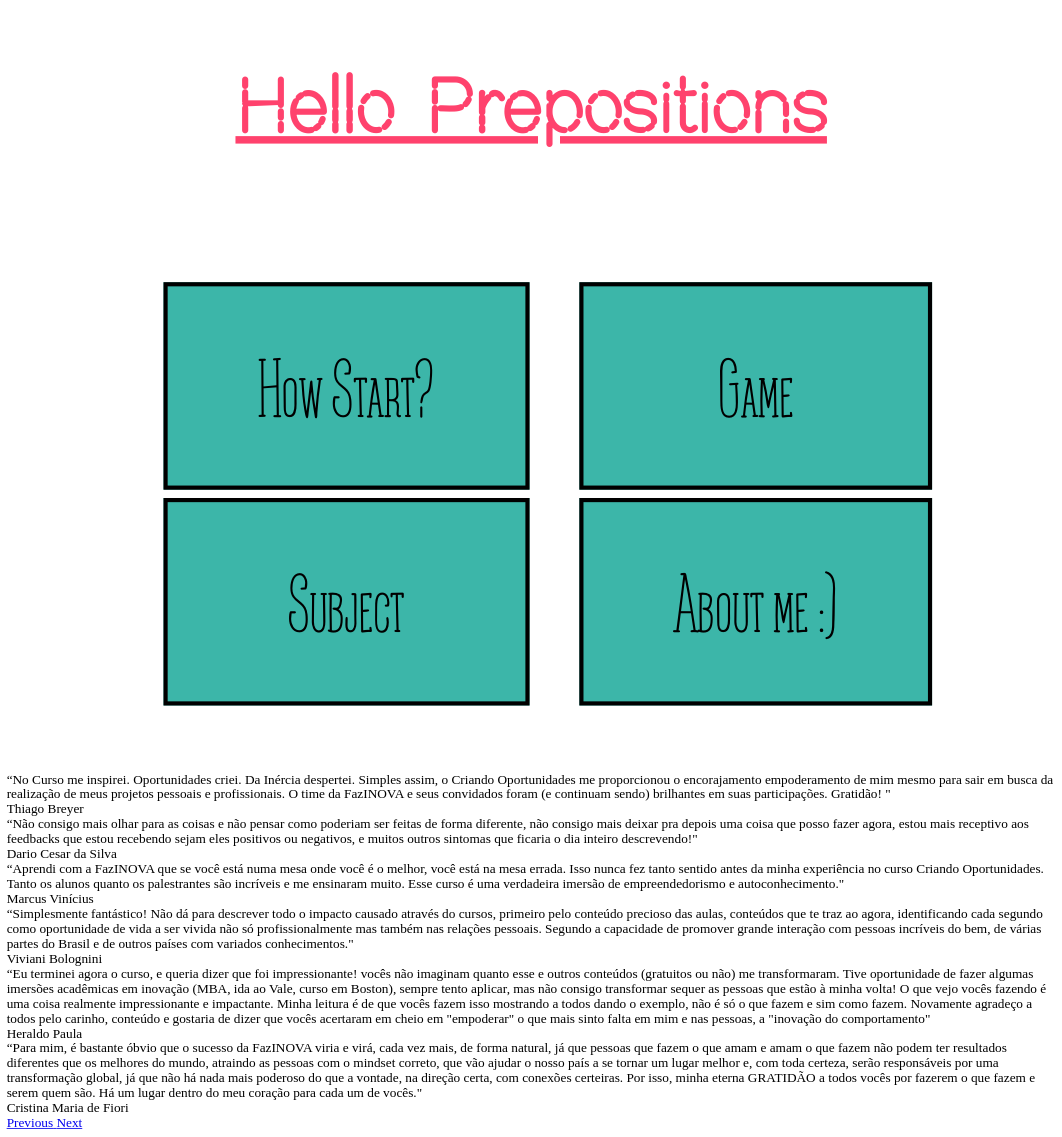
Repository: maraoli/Hello-Prepositions
Page: index.html
The author's editor kept a record of every edit. The page is drawn from the files as they stood at one moment, then again after the next edit.
The browser window is 1280 px wide. The pictures show the whole page, at 83% of full size.

Above is the page before.
Console error: ReferenceError: $ is not defined

### index.html
<!DOCTYPE html>
<html>
<head>
    <link rel="stylesheet" type = "text/css" href="style.css"/>
    <script type="text/javascript" src="script.js"></script>
</head>
<body>
    <h1>Hello Prepositions</h1>
    <nav>
        <div id="esquerda">
        <ul>
            <li class="direita">How Start?</li>
            <li>Subject</li>
        </ul>
        </div>
        <div id="direita">
        <ul>
            <li>Game</li>
            <li>About me :)</li>
        </ul>
        </div>
    </nav>

    <div id="carousel-example-generic" class="carousel slide" data-ride="carousel">

        <div class="carousel-inner" role="listbox">
          <div class="item">
            <div class="body">“No Curso me inspirei. Oportunidades criei. Da Inércia despertei. Simples assim, o Criando Oportunidades me proporcionou o encorajamento empoderamento de mim mesmo para sair em busca da realização de meus projetos pessoais e profissionais.  O time da FazINOVA e seus convidados foram (e continuam sendo) brilhantes em suas participações. Gratidão! "</div>
            <div class="name">Thiago Breyer</div>
          </div>
          <div class="item">
            <div class="body">“Não consigo mais olhar para as coisas e não pensar como poderiam ser feitas de forma diferente, não consigo mais deixar pra depois uma coisa que posso fazer agora, estou mais receptivo aos feedbacks que estou recebendo sejam eles positivos ou negativos, e muitos outros sintomas que ficaria o dia inteiro descrevendo!"</div>
            <div class="name">Dario Cesar da Silva</div>
          </div>
          <div class="item">
            <div class="body">“Aprendi com a FazINOVA que se você está numa mesa onde você é o melhor, você está na mesa errada. Isso nunca fez tanto sentido antes da minha experiência no curso Criando Oportunidades. Tanto os alunos quanto os palestrantes são incríveis e me ensinaram muito. Esse curso é uma verdadeira imersão de empreendedorismo e autoconhecimento."</div>
            <div class="name">Marcus Vinícius</div>
          </div>
          <div class="item">
            <div class="body">“Simplesmente fantástico! Não dá para descrever todo o impacto causado através do cursos, primeiro pelo conteúdo precioso das aulas, conteúdos que te traz ao agora, identificando cada segundo como oportunidade de vida a ser vivida não só profissionalmente mas também nas relações pessoais. Segundo a capacidade de promover grande interação com pessoas incríveis do bem, de várias partes do Brasil e de outros países com variados conhecimentos."</div>
            <div class="name">Viviani Bolognini</div>
          </div>
          <div class="item active">
            <div class="body">“Eu terminei agora o curso, e queria dizer que foi impressionante! vocês não imaginam quanto esse e outros conteúdos (gratuitos ou não) me transformaram. Tive oportunidade de fazer algumas imersões acadêmicas em inovação (MBA, ida ao Vale, curso em Boston), sempre tento aplicar, mas não consigo transformar sequer as pessoas que estão à minha volta! O que vejo vocês fazendo é uma coisa realmente impressionante e impactante. Minha leitura é de que vocês fazem isso mostrando a todos dando o exemplo, não é só o que fazem e sim como fazem. Novamente agradeço a todos pelo carinho, conteúdo e gostaria de dizer que vocês acertaram em cheio em "empoderar" o que mais sinto falta em mim e nas pessoas, a "inovação do comportamento"</div>
            <div class="name">Heraldo Paula</div>
          </div>
          <div class="item">
            <div class="body">“Para mim, é bastante óbvio que o sucesso da FazINOVA viria e virá, cada vez mais, de forma natural, já que pessoas que fazem o que amam e amam o que fazem não podem ter resultados diferentes que os melhores do mundo, atraindo as pessoas com o mindset correto, que vão ajudar o nosso país a se tornar um lugar melhor e, com toda certeza, serão responsáveis por uma transformação global, já que não há nada mais poderoso do que a vontade, na direção certa, com conexões certeiras. Por isso, minha eterna GRATIDÃO a todos vocês por fazerem o que fazem e serem quem são. Há um lugar dentro do meu coração para cada um de vocês."</div>
            <div class="name">Cristina Maria de Fiori</div>
          </div>
        </div>

        <a class="left carousel-control" href="#carousel-example-generic" role="button" data-slide="prev">
          <span class="glyphicon glyphicon-chevron-left" aria-hidden="true"></span>
          <span class="sr-only">Previous</span>
        </a>
        <a class="right carousel-control" href="#carousel-example-generic" role="button" data-slide="next">
          <span class="glyphicon glyphicon-chevron-right" aria-hidden="true"></span>
          <span class="sr-only">Next</span>
        </a>
      </div>

</body>
</html>

### style.css
@font-face{
    font-family:"Mahamaya";
    src:url("Mahamaya.otf") format("opentype");
}
@font-face{
    font-family:"Posteratus-Rex-FFP";
    src:url("Posteratus-Rex-FFP.otf") format("opentype");
}

body{
    background: -moz-linear-gradient(bottom, #C0E8D6, #33F5B1 );
}
h1{
    text-align: center;
    color: #FF426D;
    font-size: 600%;
    font-family: Mahamaya;
    text-decoration: underline;
}
nav{
    display: -webkit-flex;
    display: flex;

    -webkit-justify-content: center;
    justify-content: center;

    font-size: 500%;
    text-align: center;
}
nav ul{
}
nav ul li{
    list-style: none;
    margin: 10px;
    padding:110px;
    padding-bottom: 70px;
    padding-top: 70px;
    background: #3CB6A9;
    border: solid black 5px;
    font-family: Posteratus-Rex-FFP;
}
nav ul li:hover{
  background-color: #C3FFE1;
}

### script.js
$(document).ready(function() {
    $("p").click(function(){
        $(this).hide();
    });
   }
);

After the next edit:
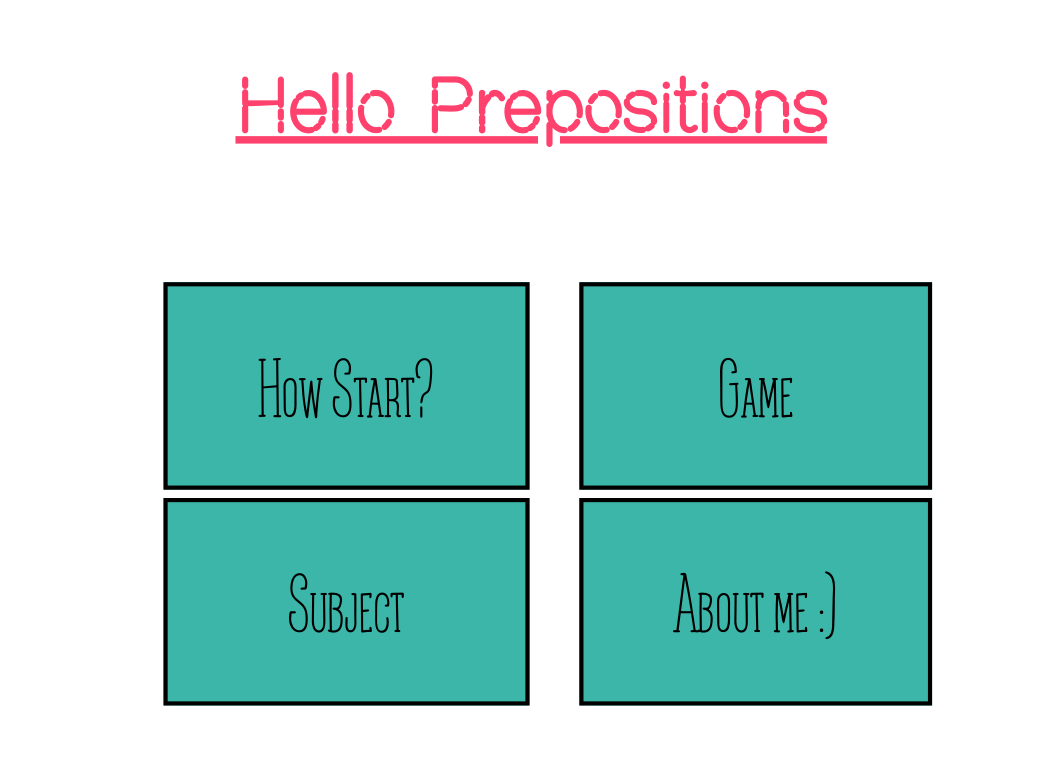
The edit:
--- a/index.html
+++ b/index.html
@@ -21,44 +21,5 @@
         </div>
     </nav>
 
-    <div id="carousel-example-generic" class="carousel slide" data-ride="carousel">
-
-        <div class="carousel-inner" role="listbox">
-          <div class="item">
-            <div class="body">“No Curso me inspirei. Oportunidades criei. Da Inércia despertei. Simples assim, o Criando Oportunidades me proporcionou o encorajamento empoderamento de mim mesmo para sair em busca da realização de meus projetos pessoais e profissionais.  O time da FazINOVA e seus convidados foram (e continuam sendo) brilhantes em suas participações. Gratidão! "</div>
-            <div class="name">Thiago Breyer</div>
-          </div>
-          <div class="item">
-            <div class="body">“Não consigo mais olhar para as coisas e não pensar como poderiam ser feitas de forma diferente, não consigo mais deixar pra depois uma coisa que posso fazer agora, estou mais receptivo aos feedbacks que estou recebendo sejam eles positivos ou negativos, e muitos outros sintomas que ficaria o dia inteiro descrevendo!"</div>
-            <div class="name">Dario Cesar da Silva</div>
-          </div>
-          <div class="item">
-            <div class="body">“Aprendi com a FazINOVA que se você está numa mesa onde você é o melhor, você está na mesa errada. Isso nunca fez tanto sentido antes da minha experiência no curso Criando Oportunidades. Tanto os alunos quanto os palestrantes são incríveis e me ensinaram muito. Esse curso é uma verdadeira imersão de empreendedorismo e autoconhecimento."</div>
-            <div class="name">Marcus Vinícius</div>
-          </div>
-          <div class="item">
-            <div class="body">“Simplesmente fantástico! Não dá para descrever todo o impacto causado através do cursos, primeiro pelo conteúdo precioso das aulas, conteúdos que te traz ao agora, identificando cada segundo como oportunidade de vida a ser vivida não só profissionalmente mas também nas relações pessoais. Segundo a capacidade de promover grande interação com pessoas incríveis do bem, de várias partes do Brasil e de outros países com variados conhecimentos."</div>
-            <div class="name">Viviani Bolognini</div>
-          </div>
-          <div class="item active">
-            <div class="body">“Eu terminei agora o curso, e queria dizer que foi impressionante! vocês não imaginam quanto esse e outros conteúdos (gratuitos ou não) me transformaram. Tive oportunidade de fazer algumas imersões acadêmicas em inovação (MBA, ida ao Vale, curso em Boston), sempre tento aplicar, mas não consigo transformar sequer as pessoas que estão à minha volta! O que vejo vocês fazendo é uma coisa realmente impressionante e impactante. Minha leitura é de que vocês fazem isso mostrando a todos dando o exemplo, não é só o que fazem e sim como fazem. Novamente agradeço a todos pelo carinho, conteúdo e gostaria de dizer que vocês acertaram em cheio em "empoderar" o que mais sinto falta em mim e nas pessoas, a "inovação do comportamento"</div>
-            <div class="name">Heraldo Paula</div>
-          </div>
-          <div class="item">
-            <div class="body">“Para mim, é bastante óbvio que o sucesso da FazINOVA viria e virá, cada vez mais, de forma natural, já que pessoas que fazem o que amam e amam o que fazem não podem ter resultados diferentes que os melhores do mundo, atraindo as pessoas com o mindset correto, que vão ajudar o nosso país a se tornar um lugar melhor e, com toda certeza, serão responsáveis por uma transformação global, já que não há nada mais poderoso do que a vontade, na direção certa, com conexões certeiras. Por isso, minha eterna GRATIDÃO a todos vocês por fazerem o que fazem e serem quem são. Há um lugar dentro do meu coração para cada um de vocês."</div>
-            <div class="name">Cristina Maria de Fiori</div>
-          </div>
-        </div>
-
-        <a class="left carousel-control" href="#carousel-example-generic" role="button" data-slide="prev">
-          <span class="glyphicon glyphicon-chevron-left" aria-hidden="true"></span>
-          <span class="sr-only">Previous</span>
-        </a>
-        <a class="right carousel-control" href="#carousel-example-generic" role="button" data-slide="next">
-          <span class="glyphicon glyphicon-chevron-right" aria-hidden="true"></span>
-          <span class="sr-only">Next</span>
-        </a>
-      </div>
-
 </body>
 </html>
